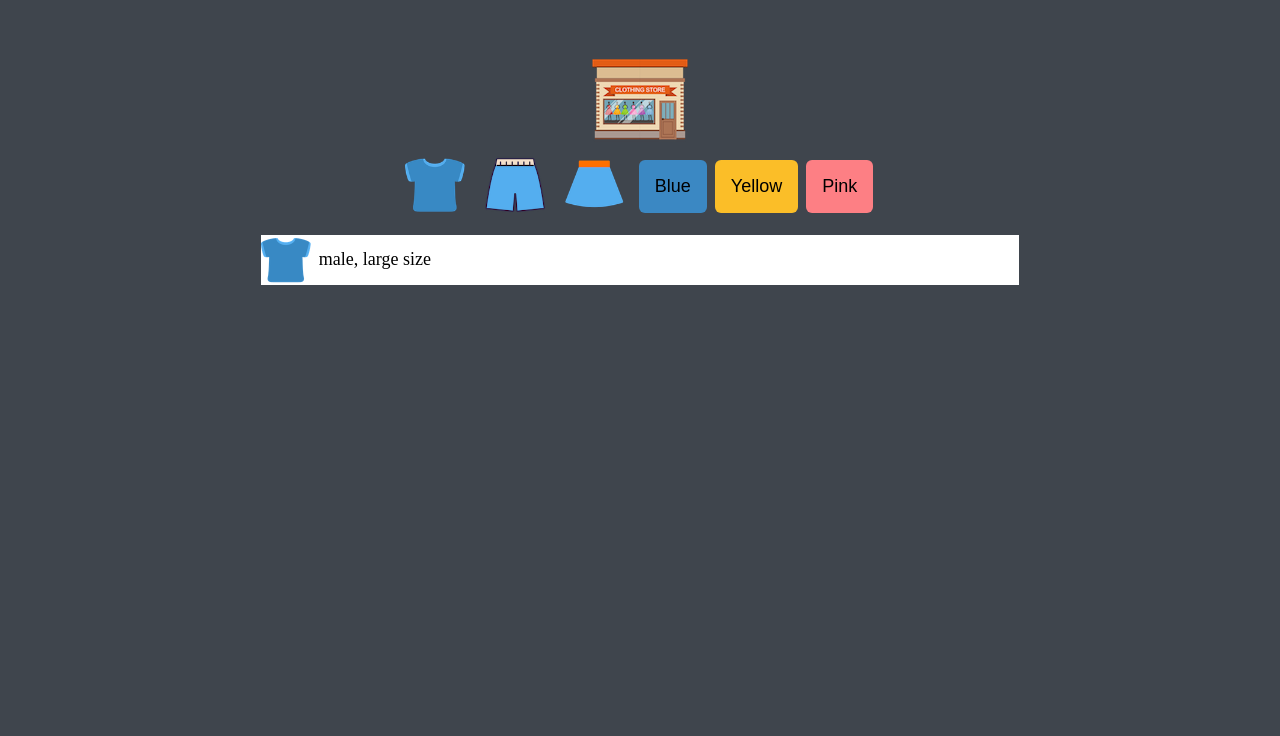
Repository: keehoonjung/Shoppingmall-Game
Page: index.html
The author's editor kept a copy of each file at every save. The page is drawn from the files as they stood at one save, then again after the next save.
The browser window is 1280 px wide. The pictures show the whole page.

Above is the page before, as saved 2021-08-12 19:55:11.
Console error: TypeError: Cannot read properties of null (reading 'addEventListener')

After the next save:
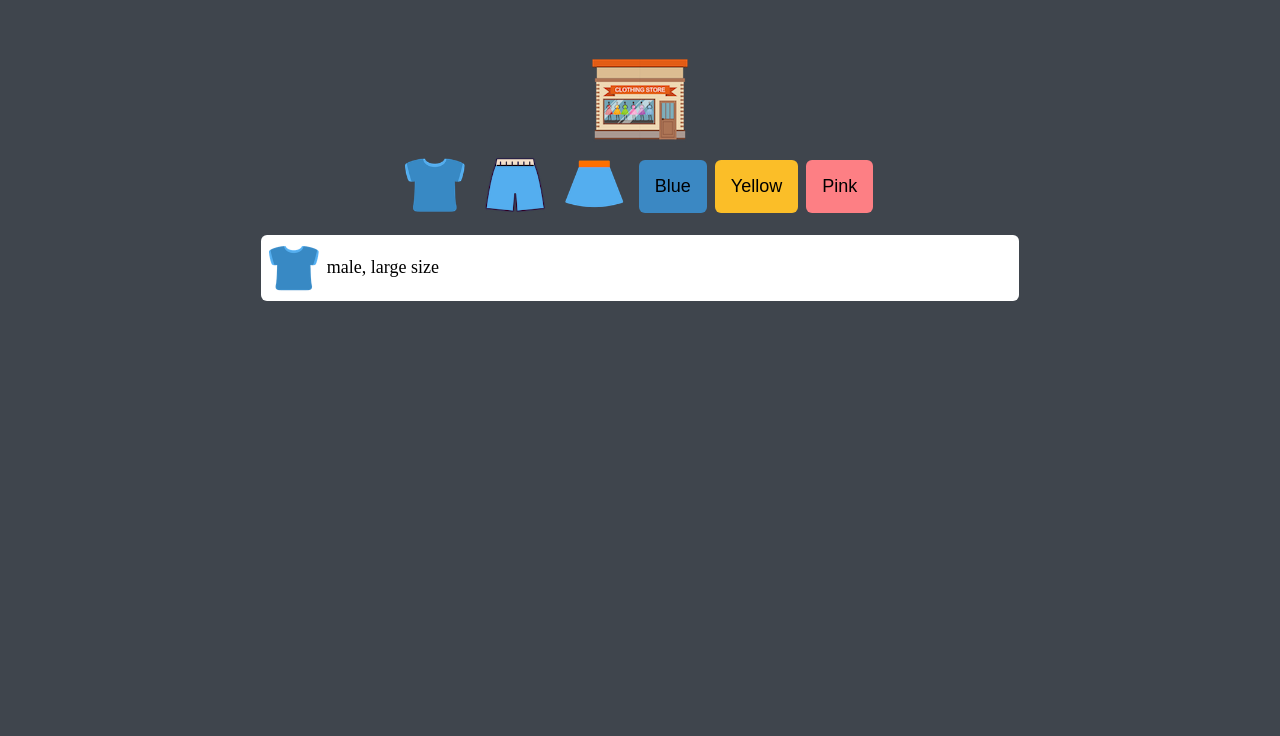
Saved 5 s later.
--- a/style.css
+++ b/style.css
@@ -86,8 +86,8 @@ body {
   display: flex;
   align-items: center;
   margin-bottom: var(--base-space);
-  border-radius: var(--border-size)
-  padding: var(--base-space)
+  border-radius: var(--border-size);
+  padding: var(--base-space);
 }
 
 .item__thumbnail {
